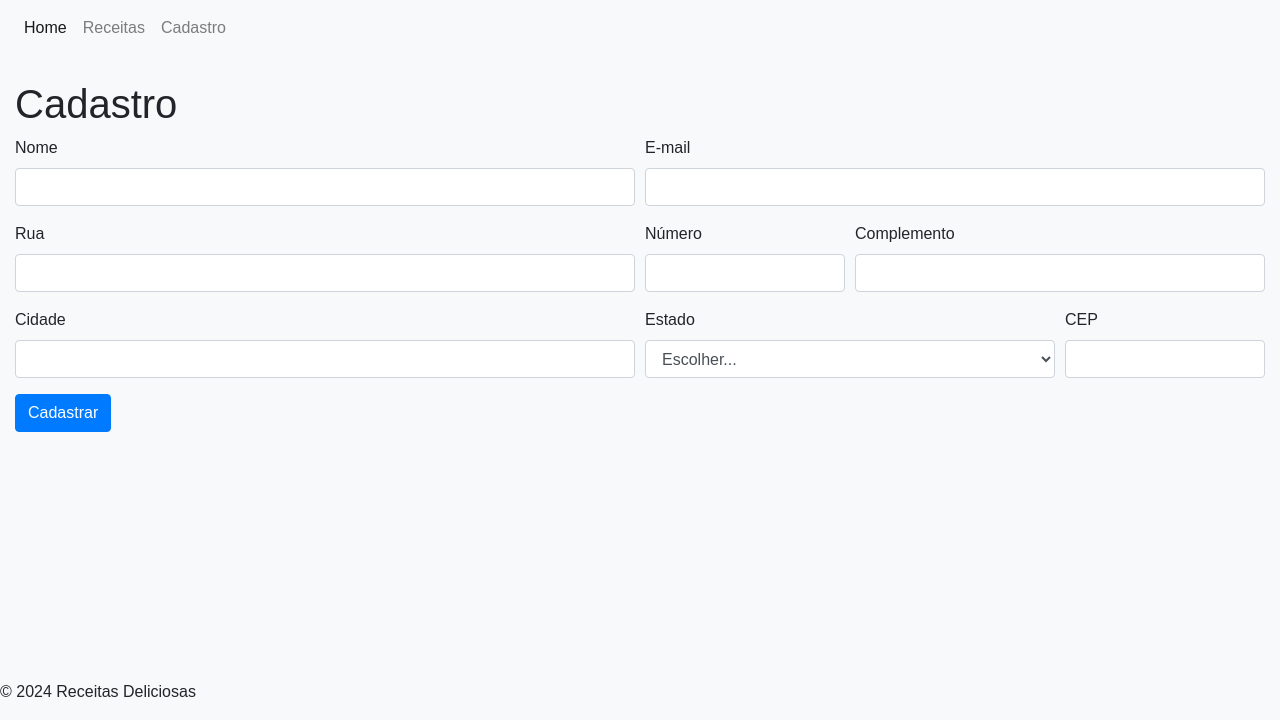
Repository: devropaes/RECEITAS
Page: OneDrive/Área de Trabalho/Estudos/Estácio/receitas/cadastro.html
The author's editor kept a copy of each file at every save. The page is drawn from the files as they stood at one save, then again after the next save.
The browser window is 1280 px wide. The pictures show the whole page.

Above is the page before, as saved 2024-03-12 18:23:13.

### OneDrive/Área de Trabalho/Estudos/Estácio/receitas/cadastro.html
<!-- Scripts Bootstrap -->
<script src="https://code.jquery.com/jquery-3.3.1.slim.min.js" integrity="sha384-q8i/X+965DzO0rT7abK41JStQIAqVgRVzpbzo5smXKp4YfRvH+8abtTE1Pi6jizo" crossorigin="anonymous"></script>
<script src="https://cdnjs.cloudflare.com/ajax/libs/popper.js/1.14.7/umd/popper.min.js" integrity="sha384-UO2eT0CpHqdSJQ6hJty5KVphtPhzWj9WO1clHTMGa3JDZwrnQq4sF86dIHNDz0W1" crossorigin="anonymous"></script>
<script src="https://stackpath.bootstrapcdn.com/bootstrap/4.3.1/js/bootstrap.min.js" integrity="sha384-JjSmVgyd0p3pXB1rRibZUAYoIIy6OrQ6VrjIEaFf/nJGzIxFDsf4x0xIM+B07jRM" crossorigin="anonymous"></script>

<!DOCTYPE html>
<html lang="pt-br">
<head>
    <meta charset="UTF-8">
    <meta http-equiv="X-UA-Compatible" content="IE=edge">
    <meta name="viewport" content="width=device-width, initial-scale=1.0">
    <link rel="stylesheet" href="https://stackpath.bootstrapcdn.com/bootstrap/4.3.1/css/bootstrap.min.css" integrity="sha384-ggOyR0iXCbMQv3Xipma34MD+dH/1fQ784/j6cY/iJTQUOhcWr7x9JvoRxT2MZw1T" crossorigin="anonymous">
    <link rel="stylesheet" href="formatos.css">
    <title>Cadastro</title>
    <style>
        body {
            background-color: #f8f9fa; /* Cor de fundo do corpo */
        }
    </style>
</head>
<body>
    <div class="page-container">
        <header>
            <nav class="navbar navbar-expand-lg navbar-light bg-light">
                <!-- Área do Menu -->
                <ul class="navbar-nav">
                    <li class="nav-item active">
                        <a class="nav-link" href="home.html">Home</a>
                    </li>
                    <li class="nav-item">
                        <a class="nav-link" href="receitas.html">Receitas</a>
                    </li>
                    <li class="nav-item">
                        <a class="nav-link" href="cadastro.html">Cadastro</a>
                    </li>
                </ul>
            </nav>
        </header>

        <main class="container-fluid">
            <!-- Área Principal - Título e Formulário de Cadastro -->
            <div class="row">
                <div class="col-lg-12">
                    <h1 class="mt-4">Cadastro</h1>
                    <form>
                        <div class="form-row">
                            <div class="form-group col-md-6">
                                <label for="nome">Nome</label>
                                <input type="text" class="form-control" id="nome" required>
                            </div>
                            <div class="form-group col-md-6">
                                <label for="email">E-mail</label>
                                <input type="email" class="form-control" id="email" required>
                            </div>
                        </div>
                        <div class="form-row">
                            <div class="form-group col-md-6">
                                <label for="rua">Rua</label>
                                <input type="text" class="form-control" id="rua" required>
                            </div>
                            <div class="form-group col-md-2">
                                <label for="numero">Número</label>
                                <input type="text" class="form-control" id="numero" required>
                            </div>
                            <div class="form-group col-md-4">
                                <label for="complemento">Complemento</label>
                                <input type="text" class="form-control" id="complemento">
                            </div>
                        </div>
                        <div class="form-row">
                            <div class="form-group col-md-6">
                                <label for="cidade">Cidade</label>
                                <input type="text" class="form-control" id="cidade" required>
                            </div>
                            <div class="form-group col-md-4">
                                <label for="estado">Estado</label>
                                <select id="estado" class="form-control" required>
                                    <option selected>Escolher...</option>
                                    <!-- Adicione mais estados conforme necessário -->
                                </select>
                            </div>
                            <div class="form-group col-md-2">
                                <label for="cep">CEP</label>
                                <input type="text" class="form-control" id="cep" required>
                            </div>
                        </div>
                        <button type="submit" class="btn btn-primary">Cadastrar</button>
                    </form>
                </div>
            </div>
        </main>

        <footer class="fixed-bottom">
            <!-- Rodapé com Informação de Copyright -->
            <p>&copy; 2024 Receitas Deliciosas</p>
        </footer>
    </div>


</body>
</html>

### OneDrive/Área de Trabalho/Estudos/Estácio/receitas/formatos.css

img {
    width: 70px;
    background-color: #ff7f50;
}

img, h1 {
    display:inline-block
    background-color: #ff7f50;

}

img arroz-de-couve-flor,bolo-de-cafe,coxinha-de-brigadeiro {
    width: 300px;
}
navlist {
 display: flex;
 background-color: #ff7f50;
}
body {
    background-color:#ff7f50;
    font-family: Arial, Helvetica, sans-serif;
    font-size: 16px;
    text-decoration: none;


}
header {
    text-decoration: none;
}

.cabecalho{
    background-color: #ff7f50;
    font-family:"krona one",sans-serif ;
    font-weight: 600;
    color: #333;
    padding: 10px;
    text-decoration: none;
}

.cabecalho__menu {
    background-color: #ff7f50;
    font-family: "Krona One", sans-serif;
    font-weight: 600;
    display: flex;
    justify-content: left;
    color:#333;
    text-decoration: none;

}


.cabecalho__menu__link {
    background-color: #ff7f50;
    font-family: "Krona One", sans-serif;
    font-weight: 600;
    color: #333;
    text-decoration: none;
    padding: 5px 10px;
    margin: 0 10px;
    pad: 50px;

}
.cabecalho__cadastro__link {
    background-color: #ff7f50;
    font-family: "Krona One", sans-serif;
    font-weight: 600;
    color: #333;
    text-decoration: none;
    padding: 5px 10px;
    margin: 0 10px;
    pad: 50px;
}


.apresentacao {
    font-family: "Krona One", sans-serif;
    font-weight: 600;
    background-color: #ff7f50;
    text-align: center;
    padding: 50px;
}

.apresentacao__conteudo {
    img: 33 x 32px;
    font-family: "Krona One", sans-serif;
    font-weight: 600;
    max-width: 600px;
    margin: 0 auto;
    pad: 60px;
}

.apresentacao__conteudo {
    font-family: "Krona One", sans-serif;
    font-weight: 600;
    color: #333;
    pad:62px;

}
.apresentacao__conteudo__titulo {
    justify-items:right;
    width: 60%;

}


.apresentacao__receitas__link {
    align-items: center;
    display:flex;
    gap: 16px;
    width: 50%;
    text-align: center;

}


.rodape {
    background-color: #000;
    color: #fff;
    text-align: center;
    padding: 2px;
    position: fixed;
    border-bottom: #fff;
    left: 0; /* Alteração aqui para fixar o rodapé no lado esquerdo */
    bottom: 0%;
    width: 100%;
    margin: 0%;
    max-width: 100%;

}

After the next save:
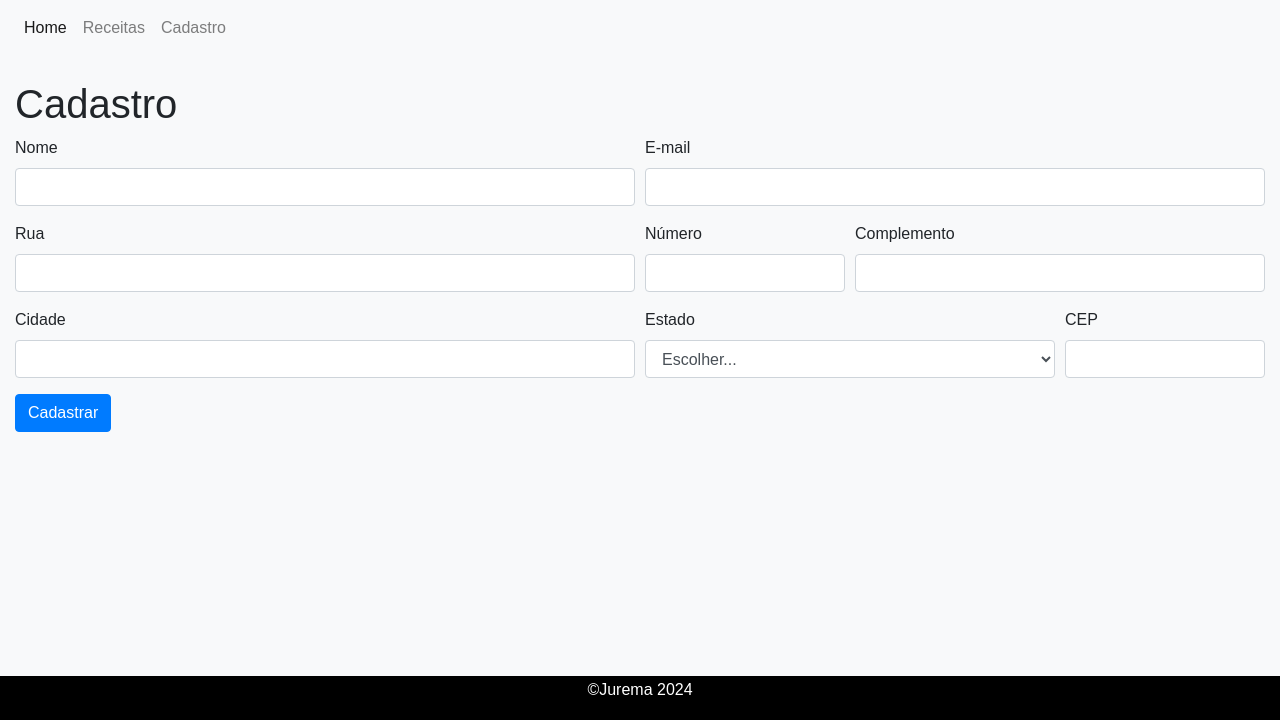
Saved 71 s later.
--- a/OneDrive/Área de Trabalho/Estudos/Estácio/receitas/cadastro.html
+++ b/OneDrive/Área de Trabalho/Estudos/Estácio/receitas/cadastro.html
@@ -90,12 +90,8 @@
             </div>
         </main>
 
-        <footer class="fixed-bottom">
-            <!-- Rodapé com Informação de Copyright -->
-            <p>&copy; 2024 Receitas Deliciosas</p>
-        </footer>
-    </div>
-
-
+        <footer class="rodape">
+          <p>&copy;Jurema 2024 </p>
+     </footer>
 </body>
 </html>
